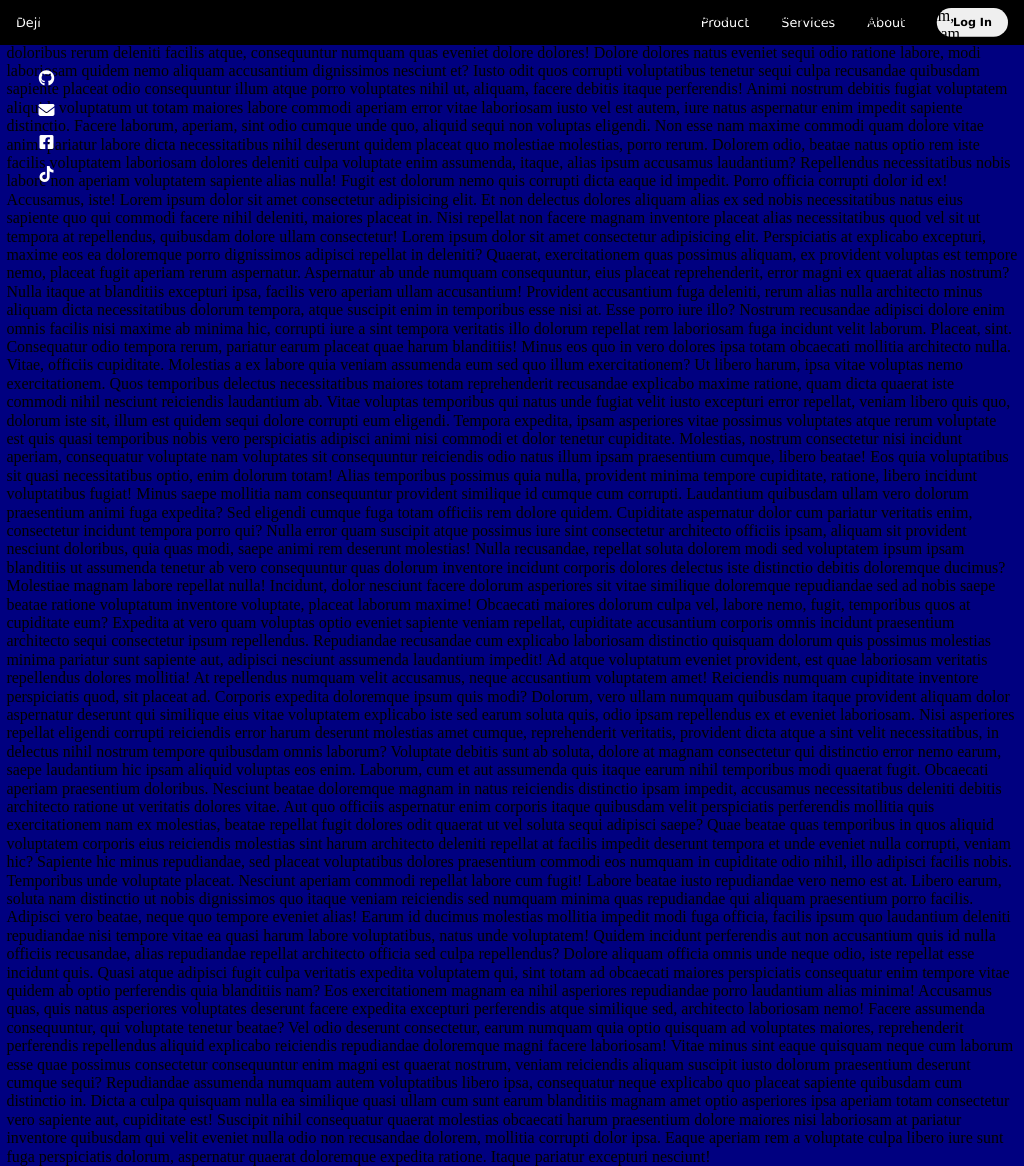
Repository: imokha01/Flexbox-and-Position-Example
Page: index.html
An editor plug-in stored every save of this project. The page is shown before and after the next save, followed by the edit.
The browser window is 1280 px wide. The pictures show the whole page, at 80% of full size.

Above is the page before, as saved 2023-11-21 17:21:30.

### index.html
<!DOCTYPE html>
<html lang="en">
  <head>
    <meta charset="UTF-8" />
    <meta name="viewport" content="width=device-width, initial-scale=1.0" />
    <title>Document</title>
    <link rel="stylesheet" href="./index.css" />
    <link
      rel="stylesheet"
      href="https://cdnjs.cloudflare.com/ajax/libs/font-awesome/6.4.2/css/all.min.css"
      integrity="sha512-z3gLpd7yknf1YoNbCzqRKc4qyor8gaKU1qmn+CShxbuBusANI9QpRohGBreCFkKxLhei6S9CQXFEbbKuqLg0DA=="
      crossorigin="anonymous"
      referrerpolicy="no-referrer"
    />
  </head>
  <body>
    <nav>
      <div id="logo">Deji</div>
      <div class="right">
        <div class="link_container">
          <a href="">Product</a>
          <a href="">Services</a>
          <a href="">About</a>
        </div>
        <button>Log In</button>
      </div>
    </nav>
    <main>
      <aside>
        <i class="fa-brands fa-github"></i>
        <i class="fa-solid fa-envelope"></i>
        <i class="fa-brands fa-square-facebook"></i>
        <i class="fa-brands fa-tiktok"></i>
        <i class="fa-brands fa-x-twitter"></i>
      </aside>
      <section>
        Lorem ipsum dolor sit amet consectetur adipisicing elit. Deserunt
        asperiores laborum, doloribus iste molestiae sint mollitia ducimus
        fugiat dolorum, temporibus cumque odit fuga expedita nobis voluptatem
        optio, dolore consequatur omnis minus dignissimos illum? Exercitationem
        voluptatum, nam doloribus rerum deleniti facilis atque, consequuntur
        numquam quas eveniet dolore dolores! Dolore dolores natus eveniet sequi
        odio ratione labore, modi laboriosam quidem nemo aliquam accusantium
        dignissimos nesciunt et? Iusto odit quos corrupti voluptatibus tenetur
        sequi culpa recusandae quibusdam sapiente placeat odio consequuntur
        illum atque porro voluptates nihil ut, aliquam, facere debitis itaque
        perferendis! Animi nostrum debitis fugiat voluptatem aliquid, voluptatum
        ut totam maiores labore commodi aperiam error vitae laboriosam iusto vel
        est autem, iure natus aspernatur enim impedit sapiente distinctio.
        Facere laborum, aperiam, sint odio cumque unde quo, aliquid sequi non
        voluptas eligendi. Non esse nam maxime commodi quam dolore vitae animi
        pariatur labore dicta necessitatibus nihil deserunt quidem placeat quo
        molestiae molestias, porro rerum. Dolorem odio, beatae natus optio rem
        iste facilis voluptatem laboriosam dolores deleniti culpa voluptate enim
        assumenda, itaque, alias ipsum accusamus laudantium? Repellendus
        necessitatibus nobis labore non aperiam voluptatem sapiente alias nulla!
        Fugit est dolorum nemo quis corrupti dicta eaque id impedit. Porro
        officia corrupti dolor id ex! Accusamus, iste! Lorem ipsum dolor sit
        amet consectetur adipisicing elit. Et non delectus dolores aliquam alias
        ex sed nobis necessitatibus natus eius sapiente quo qui commodi facere
        nihil deleniti, maiores placeat in. Nisi repellat non facere magnam
        inventore placeat alias necessitatibus quod vel sit ut tempora at
        repellendus, quibusdam dolore ullam consectetur! Lorem ipsum dolor sit
        amet consectetur adipisicing elit. Perspiciatis at explicabo excepturi,
        maxime eos ea doloremque porro dignissimos adipisci repellat in
        deleniti? Quaerat, exercitationem quas possimus aliquam, ex provident
        voluptas est tempore nemo, placeat fugit aperiam rerum aspernatur.
        Aspernatur ab unde numquam consequuntur, eius placeat reprehenderit,
        error magni ex quaerat alias nostrum? Nulla itaque at blanditiis
        excepturi ipsa, facilis vero aperiam ullam accusantium! Provident
        accusantium fuga deleniti, rerum alias nulla architecto minus aliquam
        dicta necessitatibus dolorum tempora, atque suscipit enim in temporibus
        esse nisi at. Esse porro iure illo? Nostrum recusandae adipisci dolore
        enim omnis facilis nisi maxime ab minima hic, corrupti iure a sint
        tempora veritatis illo dolorum repellat rem laboriosam fuga incidunt
        velit laborum. Placeat, sint. Consequatur odio tempora rerum, pariatur
        earum placeat quae harum blanditiis! Minus eos quo in vero dolores ipsa
        totam obcaecati mollitia architecto nulla. Vitae, officiis cupiditate.
        Molestias a ex labore quia veniam assumenda eum sed quo illum
        exercitationem? Ut libero harum, ipsa vitae voluptas nemo
        exercitationem. Quos temporibus delectus necessitatibus maiores totam
        reprehenderit recusandae explicabo maxime ratione, quam dicta quaerat
        iste commodi nihil nesciunt reiciendis laudantium ab. Vitae voluptas
        temporibus qui natus unde fugiat velit iusto excepturi error repellat,
        veniam libero quis quo, dolorum iste sit, illum est quidem sequi dolore
        corrupti eum eligendi. Tempora expedita, ipsam asperiores vitae possimus
        voluptates atque rerum voluptate est quis quasi temporibus nobis vero
        perspiciatis adipisci animi nisi commodi et dolor tenetur cupiditate.
        Molestias, nostrum consectetur nisi incidunt aperiam, consequatur
        voluptate nam voluptates sit consequuntur reiciendis odio natus illum
        ipsam praesentium cumque, libero beatae! Eos quia voluptatibus sit quasi
        necessitatibus optio, enim dolorum totam! Alias temporibus possimus quia
        nulla, provident minima tempore cupiditate, ratione, libero incidunt
        voluptatibus fugiat! Minus saepe mollitia nam consequuntur provident
        similique id cumque cum corrupti. Laudantium quibusdam ullam vero
        dolorum praesentium animi fuga expedita? Sed eligendi cumque fuga totam
        officiis rem dolore quidem. Cupiditate aspernatur dolor cum pariatur
        veritatis enim, consectetur incidunt tempora porro qui? Nulla error quam
        suscipit atque possimus iure sint consectetur architecto officiis ipsam,
        aliquam sit provident nesciunt doloribus, quia quas modi, saepe animi
        rem deserunt molestias! Nulla recusandae, repellat soluta dolorem modi
        sed voluptatem ipsum ipsam blanditiis ut assumenda tenetur ab vero
        consequuntur quas dolorum inventore incidunt corporis dolores delectus
        iste distinctio debitis doloremque ducimus? Molestiae magnam labore
        repellat nulla! Incidunt, dolor nesciunt facere dolorum asperiores sit
        vitae similique doloremque repudiandae sed ad nobis saepe beatae ratione
        voluptatum inventore voluptate, placeat laborum maxime! Obcaecati
        maiores dolorum culpa vel, labore nemo, fugit, temporibus quos at
        cupiditate eum? Expedita at vero quam voluptas optio eveniet sapiente
        veniam repellat, cupiditate accusantium corporis omnis incidunt
        praesentium architecto sequi consectetur ipsum repellendus. Repudiandae
        recusandae cum explicabo laboriosam distinctio quisquam dolorum quis
        possimus molestias minima pariatur sunt sapiente aut, adipisci nesciunt
        assumenda laudantium impedit! Ad atque voluptatum eveniet provident, est
        quae laboriosam veritatis repellendus dolores mollitia! At repellendus
        numquam velit accusamus, neque accusantium voluptatem amet! Reiciendis
        numquam cupiditate inventore perspiciatis quod, sit placeat ad. Corporis
        expedita doloremque ipsum quis modi? Dolorum, vero ullam numquam
        quibusdam itaque provident aliquam dolor aspernatur deserunt qui
        similique eius vitae voluptatem explicabo iste sed earum soluta quis,
        odio ipsam repellendus ex et eveniet laboriosam. Nisi asperiores
        repellat eligendi corrupti reiciendis error harum deserunt molestias
        amet cumque, reprehenderit veritatis, provident dicta atque a sint velit
        necessitatibus, in delectus nihil nostrum tempore quibusdam omnis
        laborum? Voluptate debitis sunt ab soluta, dolore at magnam consectetur
        qui distinctio error nemo earum, saepe laudantium hic ipsam aliquid
        voluptas eos enim. Laborum, cum et aut assumenda quis itaque earum nihil
        temporibus modi quaerat fugit. Obcaecati aperiam praesentium doloribus.
        Nesciunt beatae doloremque magnam in natus reiciendis distinctio ipsam
        impedit, accusamus necessitatibus deleniti debitis architecto ratione ut
        veritatis dolores vitae. Aut quo officiis aspernatur enim corporis
        itaque quibusdam velit perspiciatis perferendis mollitia quis
        exercitationem nam ex molestias, beatae repellat fugit dolores odit
        quaerat ut vel soluta sequi adipisci saepe? Quae beatae quas temporibus
        in quos aliquid voluptatem corporis eius reiciendis molestias sint harum
        architecto deleniti repellat at facilis impedit deserunt tempora et unde
        eveniet nulla corrupti, veniam hic? Sapiente hic minus repudiandae, sed
        placeat voluptatibus dolores praesentium commodi eos numquam in
        cupiditate odio nihil, illo adipisci facilis nobis. Temporibus unde
        voluptate placeat. Nesciunt aperiam commodi repellat labore cum fugit!
        Labore beatae iusto repudiandae vero nemo est at. Libero earum, soluta
        nam distinctio ut nobis dignissimos quo itaque veniam reiciendis sed
        numquam minima quas repudiandae qui aliquam praesentium porro facilis.
        Adipisci vero beatae, neque quo tempore eveniet alias! Earum id ducimus
        molestias mollitia impedit modi fuga officia, facilis ipsum quo
        laudantium deleniti repudiandae nisi tempore vitae ea quasi harum labore
        voluptatibus, natus unde voluptatem! Quidem incidunt perferendis aut non
        accusantium quis id nulla officiis recusandae, alias repudiandae
        repellat architecto officia sed culpa repellendus? Dolore aliquam
        officia omnis unde neque odio, iste repellat esse incidunt quis. Quasi
        atque adipisci fugit culpa veritatis expedita voluptatem qui, sint totam
        ad obcaecati maiores perspiciatis consequatur enim tempore vitae quidem
        ab optio perferendis quia blanditiis nam? Eos exercitationem magnam ea
        nihil asperiores repudiandae porro laudantium alias minima! Accusamus
        quas, quis natus asperiores voluptates deserunt facere expedita
        excepturi perferendis atque similique sed, architecto laboriosam nemo!
        Facere assumenda consequuntur, qui voluptate tenetur beatae? Vel odio
        deserunt consectetur, earum numquam quia optio quisquam ad voluptates
        maiores, reprehenderit perferendis repellendus aliquid explicabo
        reiciendis repudiandae doloremque magni facere laboriosam! Vitae minus
        sint eaque quisquam neque cum laborum esse quae possimus consectetur
        consequuntur enim magni est quaerat nostrum, veniam reiciendis aliquam
        suscipit iusto dolorum praesentium deserunt cumque sequi? Repudiandae
        assumenda numquam autem voluptatibus libero ipsa, consequatur neque
        explicabo quo placeat sapiente quibusdam cum distinctio in. Dicta a
        culpa quisquam nulla ea similique quasi ullam cum sunt earum blanditiis
        magnam amet optio asperiores ipsa aperiam totam consectetur vero
        sapiente aut, cupiditate est! Suscipit nihil consequatur quaerat
        molestias obcaecati harum praesentium dolore maiores nisi laboriosam at
        pariatur inventore quibusdam qui velit eveniet nulla odio non recusandae
        dolorem, mollitia corrupti dolor ipsa. Eaque aperiam rem a voluptate
        culpa libero iure sunt fuga perspiciatis dolorum, aspernatur quaerat
        doloremque expedita ratione. Itaque pariatur excepturi nesciunt!

      </section>
    </main>
  </body>
</html>

### index.css
body {
    background-color: navy;
    position: relative;
}
nav {
    display: flex;
    justify-content: space-between;
    /* margin-left: 40px;
    margin-right: 40px;
    margin-top: 10px; */
    background-color: black;
    font-family: Verdana, Geneva, Tahoma, sans-serif;
    color: white;
    padding: 10px 20px;
    left: 0px;
    top: 0px;
    right: 0px;
    position: fixed;
    align-items: center;
}

.right {
    display: flex;
    gap: 40px;
    color: white;
    align-items: center;
}
a {
    color: white;
    text-decoration: none;
}

.link_container {
    display: flex;
    gap: 40px;
}

button {

    font-size: 14px;
    text-align: center;
    padding: 10px 20px;
    border-radius: 20px;
    cursor: pointer;
    font-weight: 600;
    border: none;
    font-family: Verdana, Geneva, Tahoma, sans-serif;
}

button:hover {
    background-color: aquamarine;

}

main {
    font-size: 20px;
    display: flex;
    flex-direction: column;
    position: relative;
    height: 100vh;


}

aside {
    color: white;
    font-size: 20px;;
    display: flex;
    justify-content: center;
    align-items: center;
    flex-direction: column;
    gap: 20px;
    position: absolute;
    padding-top: 30px;
    padding-bottom: 30px;
    top: 50px;
    left: 40px;
}

.para {
    font-size: 14px;
    color: white;
    margin-left: 70px;
    display: flex;
}

After the next save:
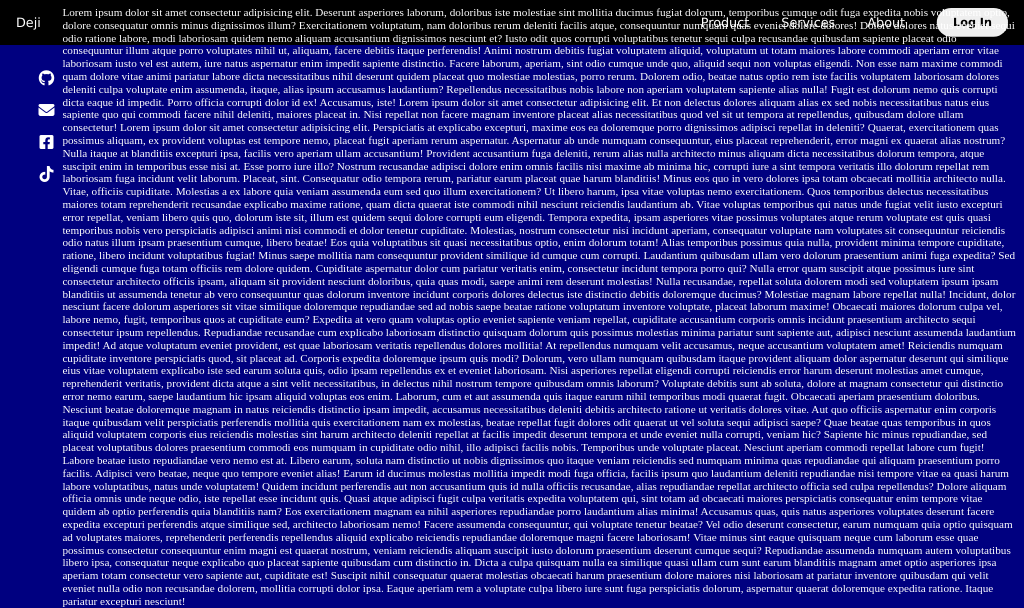
Saved 16 s later.
--- a/index.html
+++ b/index.html
@@ -33,7 +33,7 @@
         <i class="fa-brands fa-tiktok"></i>
         <i class="fa-brands fa-x-twitter"></i>
       </aside>
-      <section>
+      <section class="para">
         Lorem ipsum dolor sit amet consectetur adipisicing elit. Deserunt
         asperiores laborum, doloribus iste molestiae sint mollitia ducimus
         fugiat dolorum, temporibus cumque odit fuga expedita nobis voluptatem
